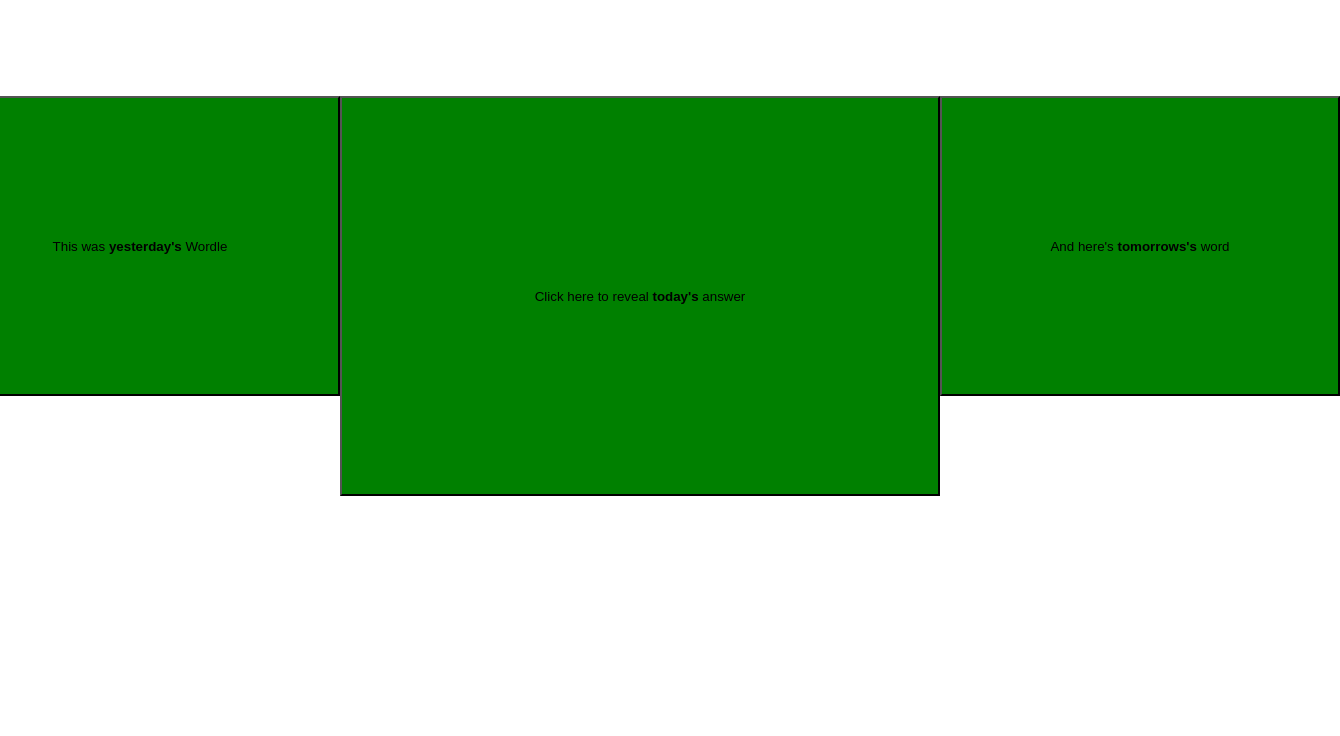
Repository: enoripl/tomorrows-wordle
Page: index.html
An editor plug-in stored every save of this project. The page is shown before and after the next save, followed by the edit.
The browser window is 1280 px wide. The page is 1340 px wide, so the pictures cover 1340 px, including what lies to the right of the window. The pictures show the whole page.

Above is the page before, as saved 2022-02-09 16:42:18.

After the next save:
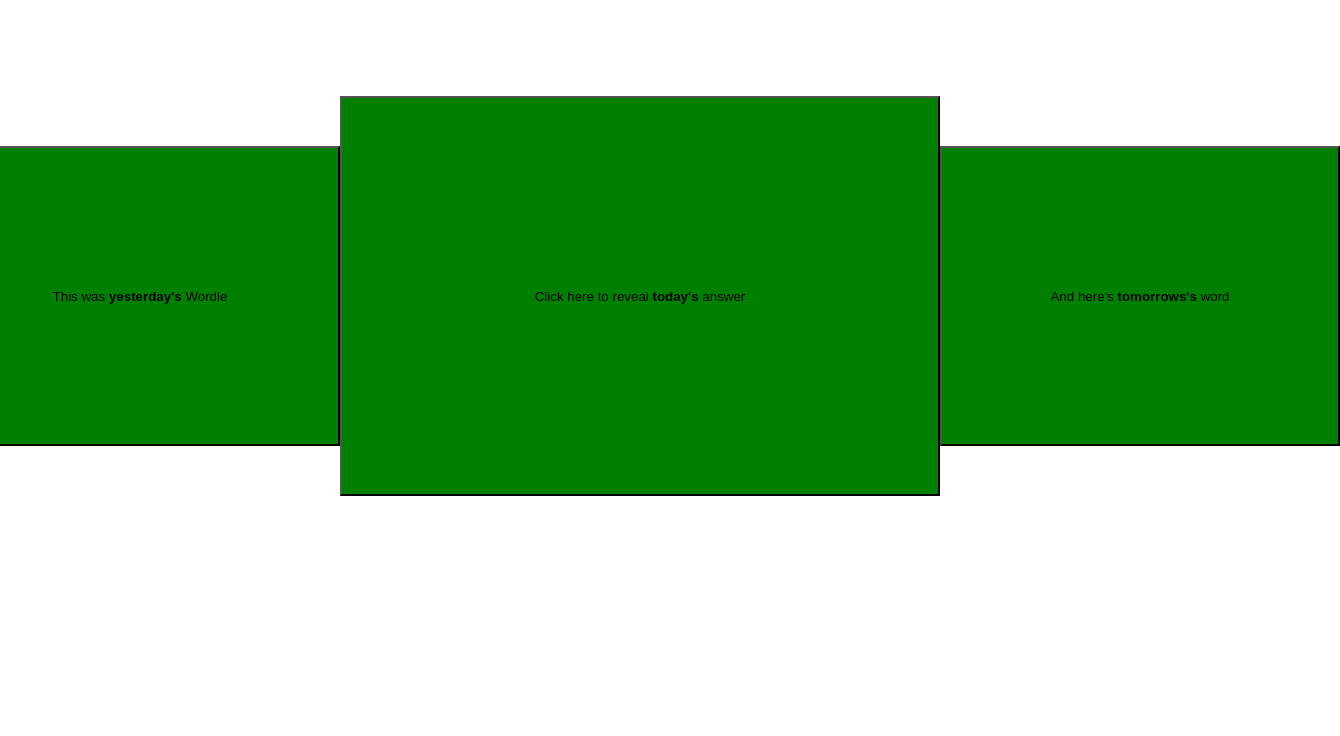
Saved 69 s later.
--- a/styles.css
+++ b/styles.css
@@ -12,8 +12,7 @@
 }
 .buttons-group {
     display: flex;
-    justify-content: space-between;
-    align-content: center;
+    align-items: center;
 }
 
 .answer-btns {
